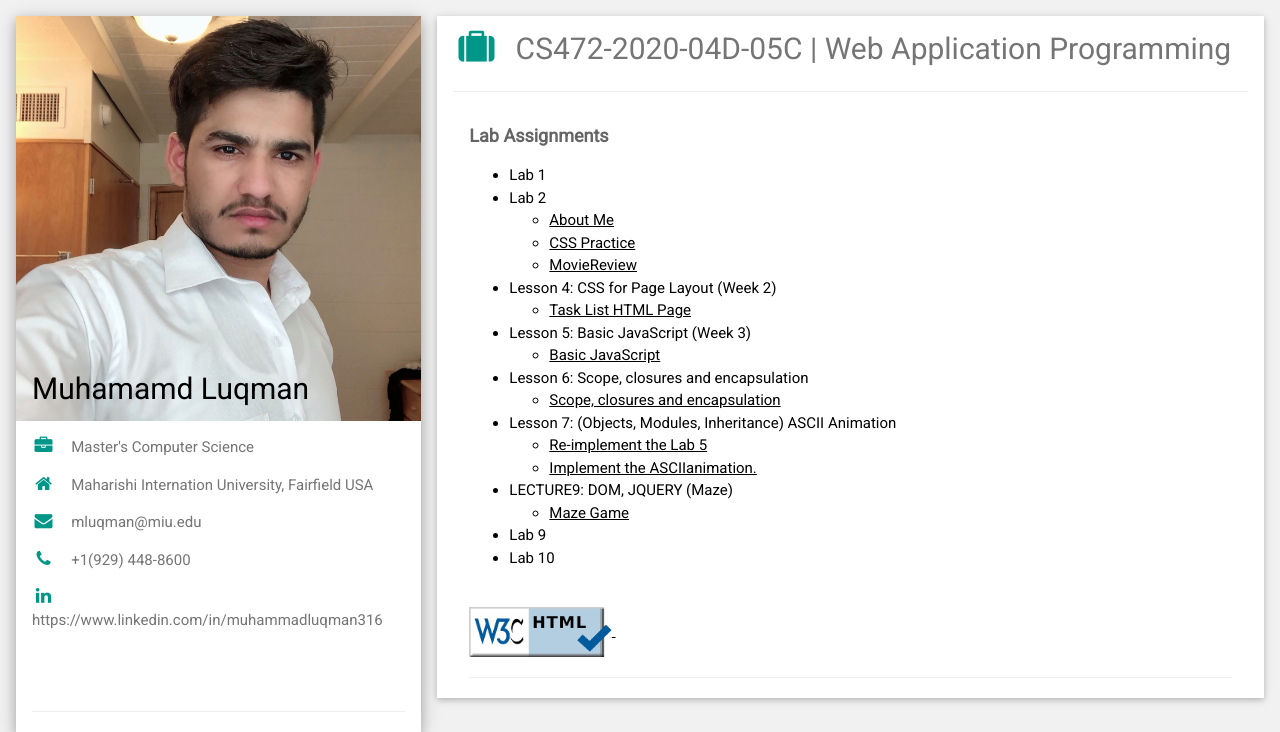
Repository: luqmang316/luqmang316.github.io
Page: index.html
An editor plug-in stored every save of this project. The page is shown before and after the next save, followed by the edit.
The browser window is 1280 px wide. The pictures show the whole page.

Above is the page before, as saved 2021-07-04 13:58:36.

After the next save:
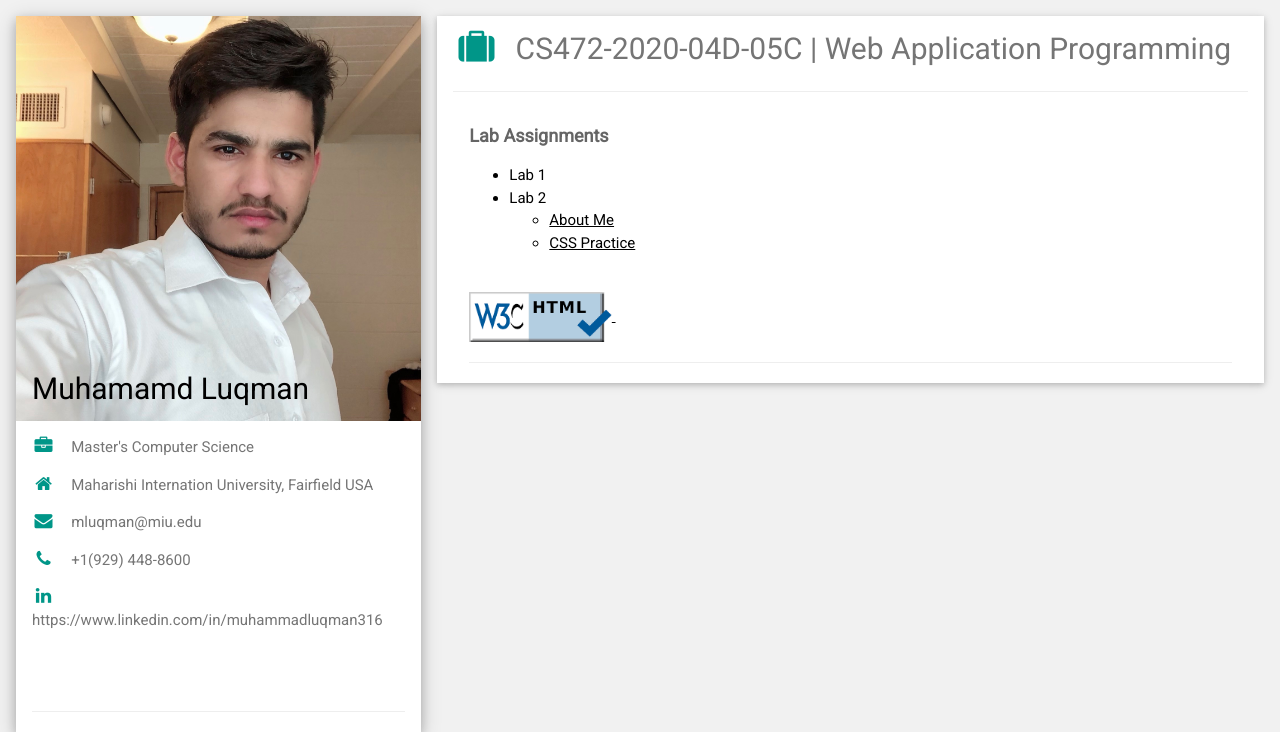
Saved 3 min 27 s later.
--- a/index.html
+++ b/index.html
@@ -69,10 +69,10 @@
                                 <ul class="inside">
                                     <li> <a href="aboutme.html">About Me</a></li>
                                     <li> <a href="CSSPractice/index.html">CSS Practice</a></li>
-                                    <li> <a href="MovieReview/tmnt.html">MovieReview </a></li>
+                                    <!-- <li> <a href="MovieReview/tmnt.html">MovieReview </a></li> -->
                                 </ul>
                             </li>
-                            <li>Lesson 4: CSS for Page Layout (Week 2)
+                            <!-- <li>Lesson 4: CSS for Page Layout (Week 2)
 
                                 <ul class="inside">
                                     <li> <a href="Tasklist/tasklist.html">Task List HTML Page</a></li>
@@ -107,7 +107,7 @@
                             </li>
 
                             <li>Lab 9</li>
-                            <li>Lab 10</li>
+                            <li>Lab 10</li> -->
                         </ul>
                         <br>
 
